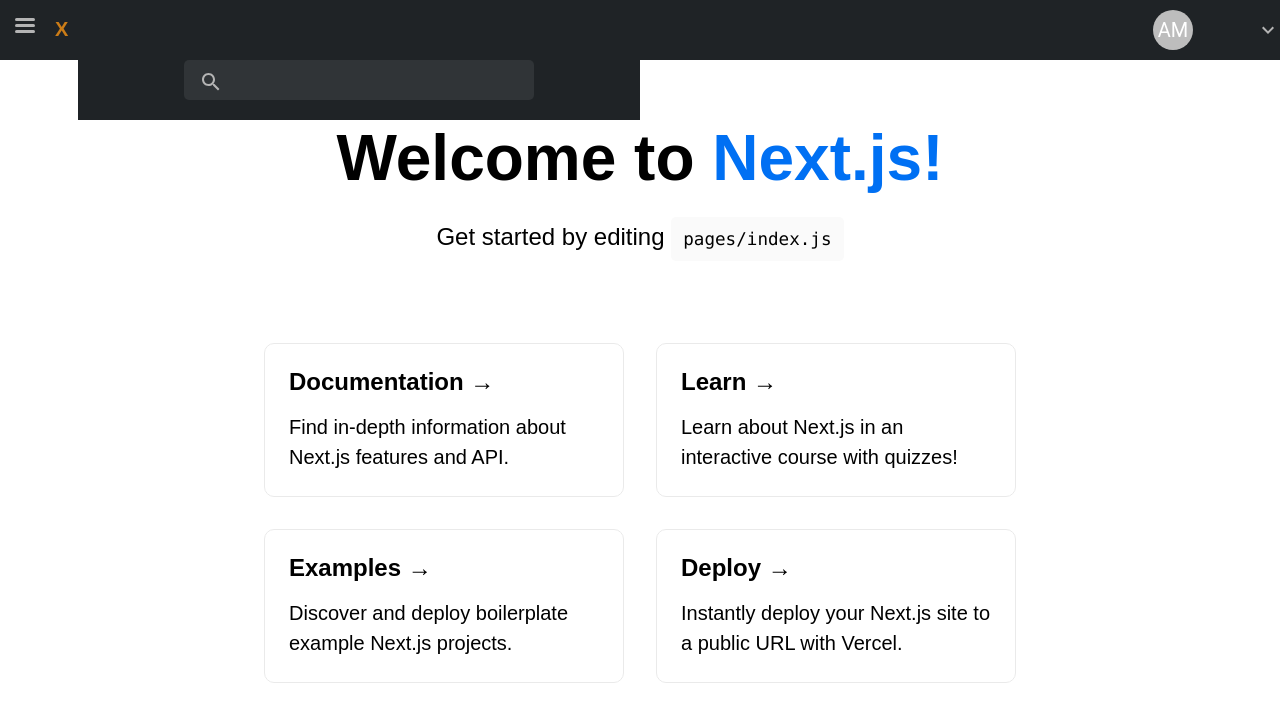
Repository: Amad-Mlinka/MovieTVBrowserNext
Page: /
The author's editor kept a copy of each file at every save. The page is drawn from the files as they stood at one save, then again after the next save.
The browser window is 1280 px wide. The pictures show the whole page.
An inner scrolling area shows only its first screen. The project was rebuilt for these pictures with package versions that can differ from the ones it lists, and the page was loaded fresh each time. The framework's server and built-in components were replaced by stand-ins that run in the browser. Also part of the build but not shown: next.config.js.

Above is the page before, as saved 2021-07-29 22:41:02.

### pages/_app.js
import Layout from '../components/layout/Layout'
import '../styles/globals.scss'


function MyApp({ Component, pageProps }) {
  return (
    <Layout>
      <Component {...pageProps} />
    </Layout>


  )
}

export default MyApp

### components/layout/Layout.tsx
import React from 'react'
import Header from "../header/Header"

const Layout = ({children}) => {
    return (
        <>
        <Header/>
        <main>
            {children}
        </main>
        </>

    )
}

export default Layout

### styles/globals.scss
html, body {
  overflow-x: hidden;
  height: 100%;
}
body {
  background: #fff;
  padding: 0;
  margin: 0;
  font-family: 'Varela Round', sans-serif;
}

a {
  color: inherit;
  text-decoration: none;
}

* {
  box-sizing: border-box;
}

### styles/Home.module.scss
.container {
  min-height: 100vh;
  padding: 0 0.5rem;
  display: flex;
  flex-direction: column;
  justify-content: center;
  align-items: center;
  height: 100vh;
}

.main {
  padding: 5rem 0;
  flex: 1;
  display: flex;
  flex-direction: column;
  justify-content: center;
  align-items: center;
}

.footer {
  width: 100%;
  height: 100px;
  border-top: 1px solid #eaeaea;
  display: flex;
  justify-content: center;
  align-items: center;
}

.footer a {
  display: flex;
  justify-content: center;
  align-items: center;
  flex-grow: 1;
}

.title a {
  color: #0070f3;
  text-decoration: none;
}

.title a:hover,
.title a:focus,
.title a:active {
  text-decoration: underline;
}

.title {
  margin: 0;
  line-height: 1.15;
  font-size: 4rem;
}

.title,
.description {
  text-align: center;
}

.description {
  line-height: 1.5;
  font-size: 1.5rem;
}

.code {
  background: #fafafa;
  border-radius: 5px;
  padding: 0.75rem;
  font-size: 1.1rem;
  font-family: Menlo, Monaco, Lucida Console, Liberation Mono, DejaVu Sans Mono,
    Bitstream Vera Sans Mono, Courier New, monospace;
}

.grid {
  display: flex;
  align-items: center;
  justify-content: center;
  flex-wrap: wrap;
  max-width: 800px;
  margin-top: 3rem;
}

.card {
  margin: 1rem;
  padding: 1.5rem;
  text-align: left;
  color: inherit;
  text-decoration: none;
  border: 1px solid #eaeaea;
  border-radius: 10px;
  transition: color 0.15s ease, border-color 0.15s ease;
  width: 45%;
}

.card:hover,
.card:focus,
.card:active {
  color: #0070f3;
  border-color: #0070f3;
}

.card h2 {
  margin: 0 0 1rem 0;
  font-size: 1.5rem;
}

.card p {
  margin: 0;
  font-size: 1.25rem;
  line-height: 1.5;
}

.logo {
  height: 1em;
  margin-left: 0.5rem;
}

@media (max-width: 600px) {
  .grid {
    width: 100%;
    flex-direction: column;
  }
}

### components/header/Header.tsx
import React, { useState } from 'react'
import headerStyles from "../../styles/Header.module.scss"
import SearchIcon from '@material-ui/icons/Search';
import Avatar from '@material-ui/core/Avatar';
import KeyboardArrowDownIcon from '@material-ui/icons/KeyboardArrowDown';




const Header = () => {
    const [hamburger, setHamburger] = useState(false)
    const hamburgerToggle = () => {
        setHamburger(!hamburger);
    }
    return (
        <>
            <header className={headerStyles.header}>
                <div className={headerStyles.left}>
                    <div className={headerStyles.hamburgerLogo}>
                        <div className={headerStyles.hamburger} onClick={hamburgerToggle}>
                            <div className={`${headerStyles.spinner} ${headerStyles.diagonal} ${headerStyles.part1}`}></div>
                            <div className={`${headerStyles.spinner} ${headerStyles.horizontal}`}></div>
                            <div className={`${headerStyles.spinner} ${headerStyles.diagonal} ${headerStyles.part2}`}></div>
                        </div>
                        <div data-end="X" className={headerStyles.logo}>
                            <span>Movie</span>
                        </div>
                    </div>

                    <div className={headerStyles.search}>
                        <div className="searchContainer">
                            <SearchIcon className={headerStyles.searchIcon} />
                            <input type="search" name="searchBar" className={headerStyles.searchBar} ></input>
                        </div>

                    </div>
                </div>
                <div className={headerStyles.right}>
                <KeyboardArrowDownIcon className={headerStyles.expandButton}/>
                    <div className={headerStyles.profile}>
                        <div className={headerStyles.loggedIn}>

                            <Avatar className={headerStyles.avatar} alt="Amad Mlinaric"> AM </Avatar>
                        </div>
                        <div className={`${headerStyles.notLoggedIn} ${headerStyles.dNone}`}>
                            <div className={headerStyles.loginRegister}>
                                <div className={headerStyles.login}>
                                    <span>Login</span>
                                </div>
                                <span>/</span>
                                <div className={headerStyles.register}>
                                    <span>Register</span>
                                </div>
                            </div>
                        </div>
                    </div>
                </div>

            </header>
            <div className={headerStyles.sidebar}>


            </div>

        </>

    )
}

export default Header

### styles/Header.module.scss
@import "variables.scss";
@import "general.scss";

.header {
    display: flex;
    flex-direction: row;
    justify-content: space-between;
    position: relative;
    top: 0;
    left: 0;
    width: 100%;
    background: $base-color;
    height: 60px;
}
.header {
    display: flex;
    flex-direction: row;
    justify-content: space-between;
    position: relative;
    top: 0;
    left: 0;
    width: 100%;
    background: $base-color;
    height: 60px;
}
.left {
    display: flex;
    flex-direction: row;
    width: 50%;
    justify-content: flex-start;
    align-items: center;
    height: 100%;
}
.hamburgerLogo {
    display: flex;
    flex-direction: row;
}
.hamburger {
    transition: all 0.3s;
    box-sizing: border-box;
    cursor: pointer;
    z-index: 99;
    height: 25px;
    width: 25px;
    margin: 0px 15px;
}
.spinner {
    transition: all 0.3s;
    box-sizing: border-box;
    position: absolute;
    height: 3px;
    width: 20px;
    background-color: #b4b4b4;
    border-radius: 5px;
}
.horizontal {
    transition: all 0.3s;
    box-sizing: border-box;
    position: relative;
}
.diagonal {
    transition: all 0.3s;
    box-sizing: border-box;
    position: relative;
}

.part1 {
    margin-bottom: 3px;
}

.part2 {
    margin-top: 3px;
}

.logo {
    &::after {
        content: "X";
        color: $secondary-color;
        font-weight: bolder;
        font-size: 20px;
    }
    span{
        display: none;
    }
    font-size: 20px;
    color: white;

}
.search {
    position: absolute;
    left: 0;
    top: 60px;
    background: $base-color;
    width: 100%;
    display: flex;
    flex-direction: column;
    justify-content: center;
    align-items: center;

}
.searchIcon {
    position: absolute;
    margin: 10px 15px;
    color: #b4b4b4;
    height: 20px;
}

.searchBar {
    width: 100%;
    background: #303437;
    border: 0;
    height: 40px;
    border-radius: 5px;
    padding-left: 45px;
    caret-color: black;
    transition: background 0.3s ease-in-out;
    margin-bottom: 20px;
    &:focus {
        background: white;
        outline: none;
    }
}
.right{
    height: 100%;
    display: flex;
    flex-direction: row-reverse;
    align-items: center;
    width: 50%;
}
.expandButton{
    font-size: 40px;
    color: $tertiary-color;

}
.profile{
    display: flex;
    flex-direction: row;
    justify-content:flex-start;
   .loggedIn{
       display: flex;
   }
    .notLoggedIn{
        .loginRegister{
            display: flex;
            flex-direction: row;
            justify-content: space-between;
            color: #b4b4b4;
            width: 115px;
        }

    }
}

@include breakpoint(min-laptop){


    .header {
        display: flex;
        flex-direction: row;
        justify-content: space-between;
        position: relative;
        top: 0;
        left: 0;
        width: 100%;
        background: $base-color;
        height: 60px;
    }
    .left {
        display: flex;
        flex-direction: row;
        width: 50%;
        justify-content: flex-start;
        align-items: center;
        height: 100%;
    }
    .hamburgerLogo {
        display: flex;
        flex-direction: row;
    }
    .hamburger {
        transition: all 0.3s;
        box-sizing: border-box;
        cursor: pointer;
        z-index: 99;
        height: 25px;
        width: 25px;
        margin: 0px 15px;
    }
    .spinner {
        transition: all 0.3s;
        box-sizing: border-box;
        position: absolute;
        height: 3px;
        width: 20px;
        background-color: #b4b4b4;
        border-radius: 5px;
    }
    .horizontal {
        transition: all 0.3s;
        box-sizing: border-box;
        position: relative;
    }
    .diagonal {
        transition: all 0.3s;
        box-sizing: border-box;
        position: relative;
    }

    .part1 {
        margin-bottom: 3px;
    }

    .part2 {
        margin-top: 3px;
    }

    .logo {
        font-size: 20px;
        color: white;
        &::after {
            content: attr(data-end);
            color: $secondary-color;
            font-weight: bolder;
        }
    }
    .search {
        position: relative;
        margin-left: 10px;

    }
    .searchIcon {
        position: absolute;
        margin: 10px 15px;
        color: #b4b4b4;
        height: 20px;
    }

    .searchBar {
        width: 350px;
        background: #303437;
        border: 0;
        height: 40px;
        border-radius: 5px;
        padding-left: 45px;
        caret-color: black;
        transition: background 0.3s ease-in-out;
        &:focus {
            background: white;
            outline: none;
        }
    }
    .right{
        height: 100%;
        display: flex;
        flex-direction: row-reverse;
        align-items: center;
        width: 50%;
    }
    .profile{
        display: flex;
        flex-direction: row;
        width: 33%;
        justify-content: center;
        .loggedIn{
            .avatar{
                margin-left: 45px;
            }
        }
        .notLoggedIn{
            .loginRegister{
                display: flex;
                flex-direction: row;
                justify-content: space-between;
                color: #b4b4b4;
                width: 115px;
            }

        }
    }


}

### styles/variables.scss
$base-color:#1f2326;
$secondary-color:#cb7c17;
$tertiary-color:#b4b4b4;

@mixin breakpoint($point) {
    @if $point == min-desktop {
      @media (min-width: 993px) { @content ; }
   }
    @else if $point == min-laptop {
      @media (min-width: 769px) { @content ; }
   }
     @else if $point == min-tablet {
      @media (min-width: 593px) { @content ; }
   }
   @else if $point == min-mobile {
      @media (min-width: 0px)  { @content ; }

   }@else if $point == max-desktop {
      @media (max-width: 1200px) { @content ; }

   }@else if $point == max-laptop {
      @media (max-width: 992px) { @content ; }
   }
     @else if $point == max-tablet {
      @media (max-width: 768px) { @content ; }
   }
   @else if $point == max-mobile {
      @media (max-width: 592px)  { @content ; }

   }
 }

### styles/general.scss
.dNone{
    display: none;
}

Loaded but not shown: pages/index.js (common file)

After the next save:
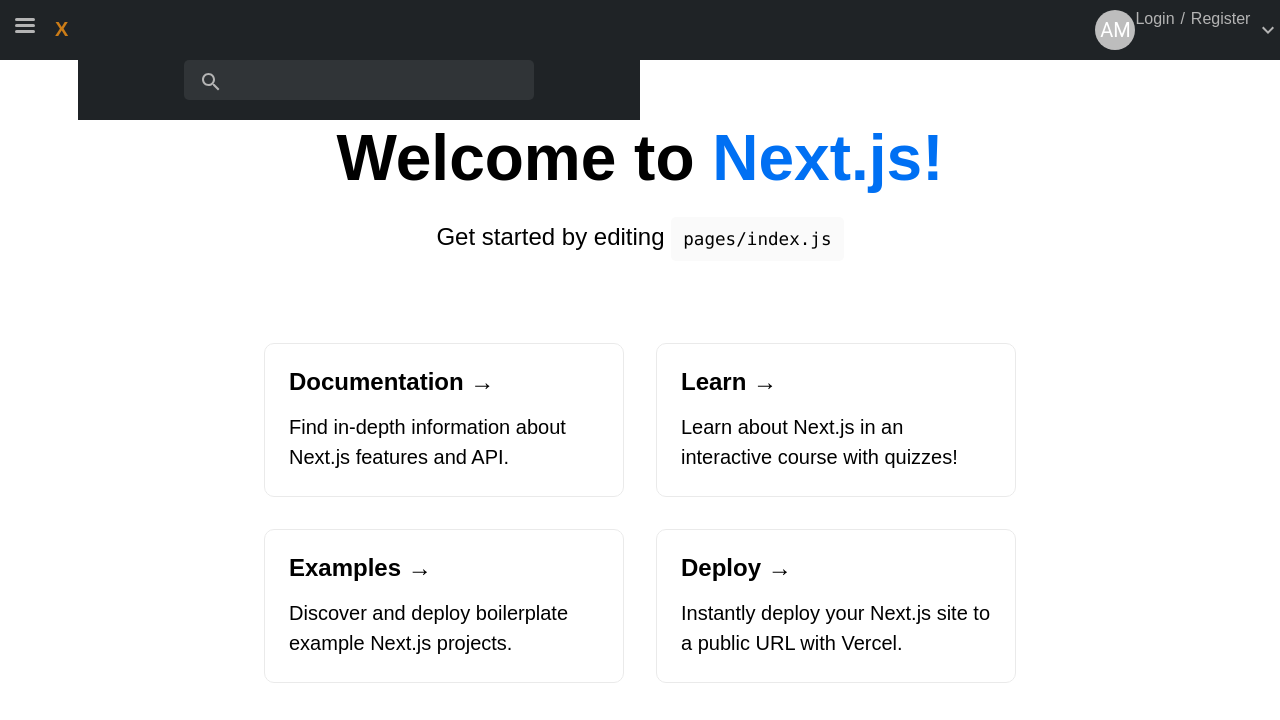
Saved 52 s later.
--- a/components/header/Header.tsx
+++ b/components/header/Header.tsx
@@ -38,11 +38,11 @@
                 <div className={headerStyles.right}>
                 <KeyboardArrowDownIcon className={headerStyles.expandButton}/>
                     <div className={headerStyles.profile}>
-                        <div className={headerStyles.loggedIn}>
+                        <div className={`${headerStyles.loggedIn} ${headerStyles.dNone}`}>
 
                             <Avatar className={headerStyles.avatar} alt="Amad Mlinaric"> AM </Avatar>
                         </div>
-                        <div className={`${headerStyles.notLoggedIn} ${headerStyles.dNone}`}>
+                        <div className={`${headerStyles.notLoggedIn}`}>
                             <div className={headerStyles.loginRegister}>
                                 <div className={headerStyles.login}>
                                     <span>Login</span>
